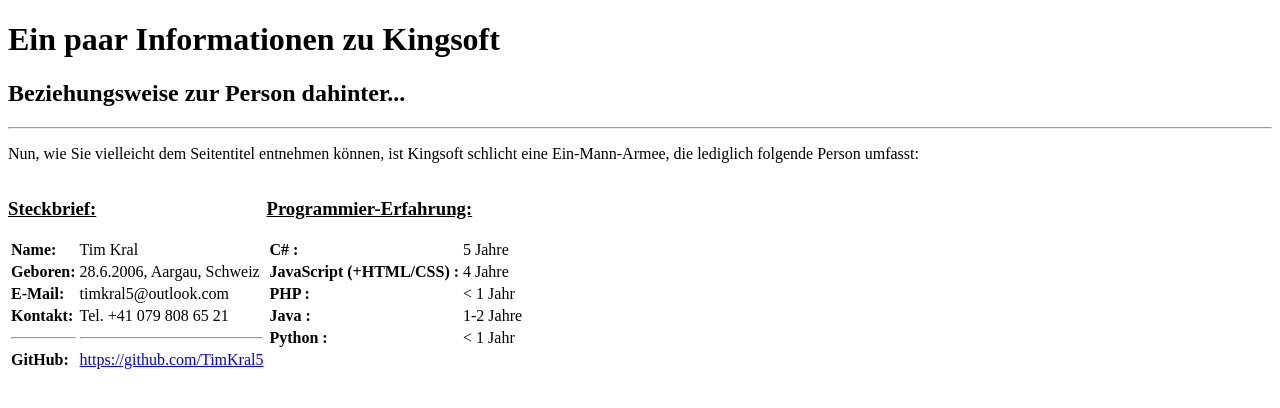
Repository: TimKral5/WikiPage
Page: Homepage/pages/about/about.htm
An editor plug-in stored every save of this project. The page is shown before and after the next save, followed by the edit.
The browser window is 1280 px wide. The pictures show the whole page.

Above is the page before, as saved 2022-11-11 09:30:05.

After the next save:
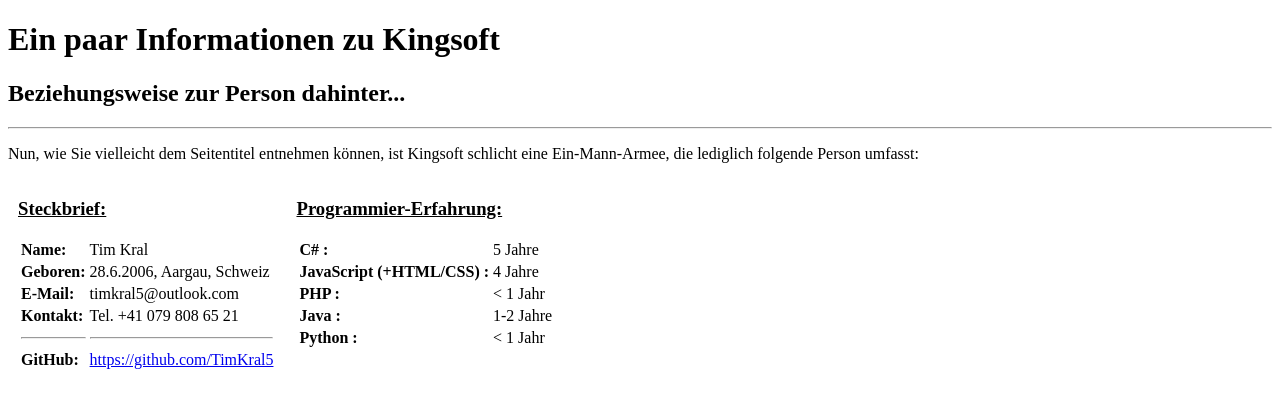
Saved 4 s later.
--- a/Homepage/pages/about/style.css
+++ b/Homepage/pages/about/style.css
@@ -6,7 +6,7 @@
     display: flex;
 }
 
-div.container >  {
+div.container > section {
     margin-left: 10px;
     margin-right: 10px;
 }
